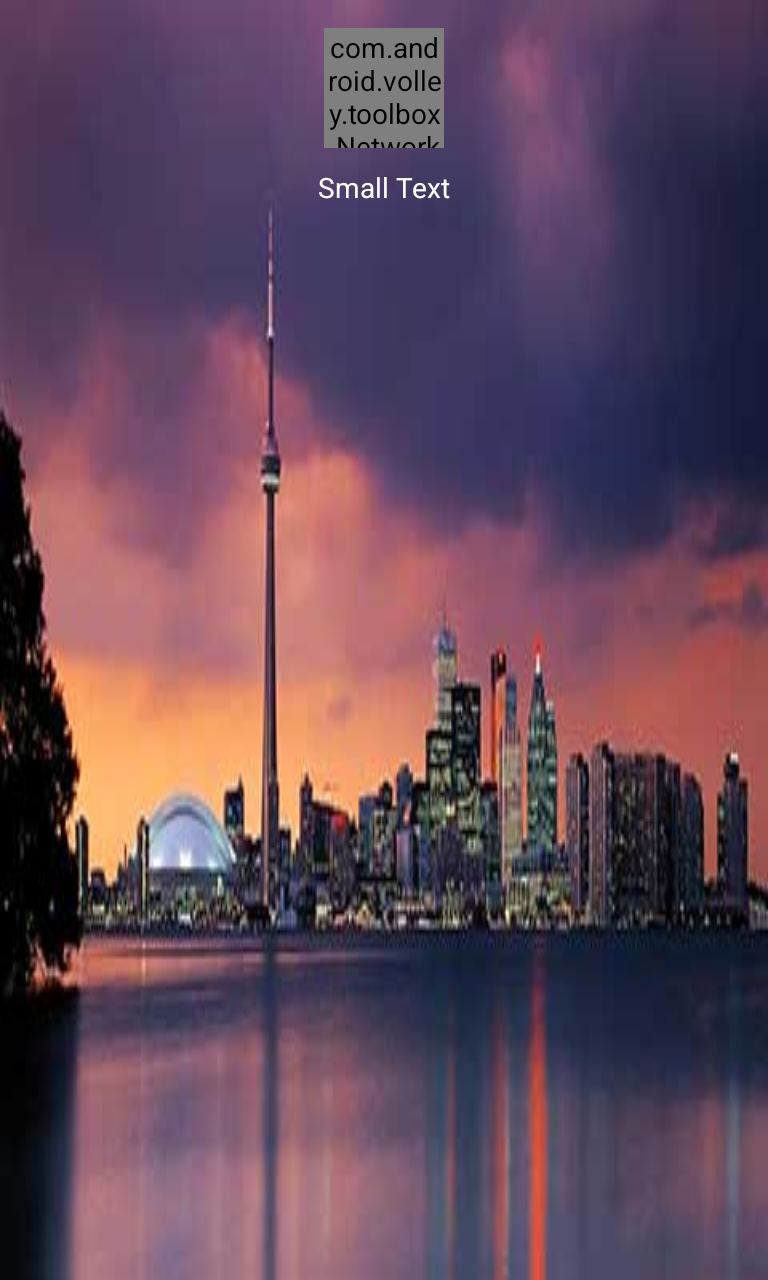
Repository: savindra/cutting-edge
Layout: Humzearch/res/layout/main_menu_user.xml
These files come from the project's save history. The layout is drawn as it stood at one moment and after the next save; the edit follows.
Pictures or frames that could not be fetched are drawn as grey boxes. It is drawn on a 768 x 1280 px phone screen (xhdpi) without system bars, with theme AppTheme; the app's code is not run.

Above is the layout before, as saved 2015-06-18 20:31:59.

After the next save:
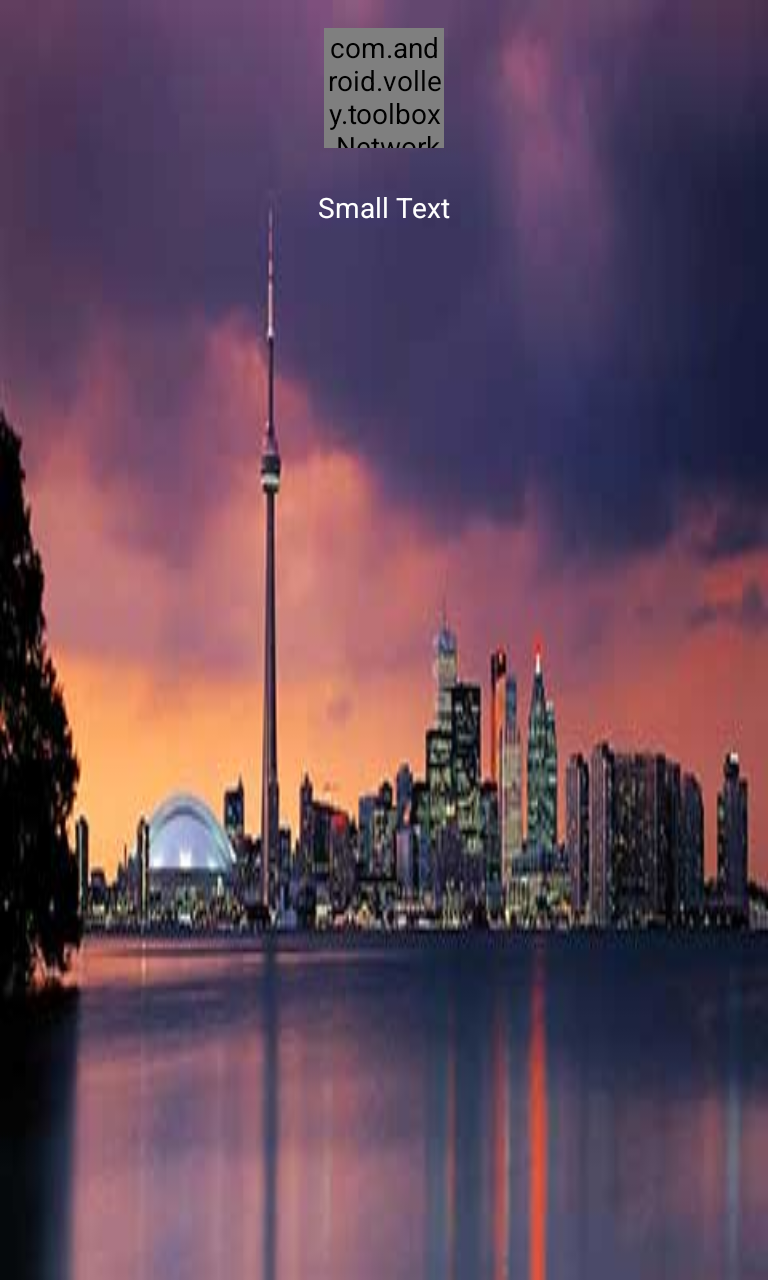
Saved 28 s later.
--- a/Humzearch/res/layout/main_menu_user.xml
+++ b/Humzearch/res/layout/main_menu_user.xml
@@ -21,8 +21,7 @@
         android:layout_height="wrap_content"
         android:layout_below="@+id/imgMenuUser"
         android:layout_centerHorizontal="true"
-        android:layout_marginBottom="5dp"
-        android:layout_marginTop="10dp"
+        android:layout_marginTop="20dp"
         android:text="Small Text"
         android:textAppearance="@android:style/TextAppearance.Small"
         android:textColor="#fff" />
